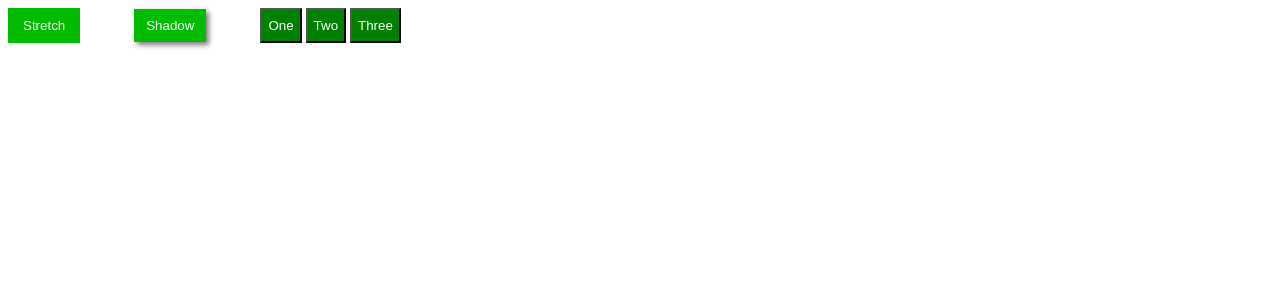
Repository: Kurumilli/Youtube
Page: 4i.html
An editor plug-in stored every save of this project. The page is shown before and after the next save, followed by the edit.
The browser window is 1280 px wide. The pictures show the whole page.

Above is the page before, as saved 2025-01-29 20:10:04.

### 4i.html
<style>
.stretch{
padding-top: 10px;
padding-bottom: 10px;
padding-left: 15px;
padding-right: 15px;
border-radius: 0;
border: none;
color: white;
background-color: rgb(2, 188, 2);
cursor: pointer;
transition: padding-top 1s,
padding-bottom 1s,
padding-left 1s,
padding-right 1s;
}

.stretch:hover{
    padding-top: 18px;
    padding-bottom: 18px;
    padding-left: 36px;
    padding-right: 36px;
}

.shadow{
margin-left: 50px;
padding-top: 9px;
padding-bottom: 9px;
padding-left: 12px;
padding-right: 12px;
border-radius: 0;
border: none;
color: white;
margin-right: 50px;
cursor: pointer;
background-color: rgb(2, 188, 2);
box-shadow: 3px 3px 5px rgba(0,0,0,0.5);
}

.shadow:active{
    margin-top: 3px;
    margin-left: 3px;
    box-shadow: none;
}

.stretch-button{
    background-color: green;
    color: white;
    padding-top: 8px;
    padding-bottom: 8px;
}
</style>


<button class="stretch">Stretch</button>
<button class="shadow">Shadow</button>
<button class="Stretch-button">One</button>
<button class="Stretch-button">Two</button>
<button class="Stretch-button">Three</button>

After the next save:
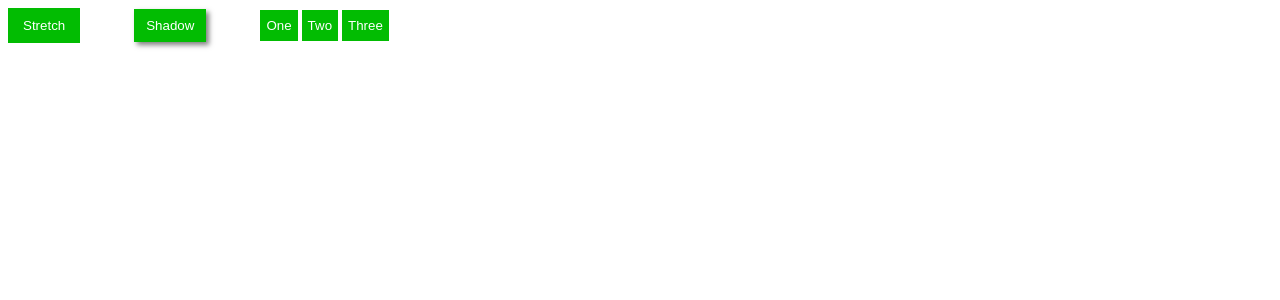
Saved 27 s later.
--- a/4i.html
+++ b/4i.html
@@ -44,10 +44,11 @@ box-shadow: 3px 3px 5px rgba(0,0,0,0.5);
 }
 
 .stretch-button{
-    background-color: green;
+    background-color: rgb(2, 188, 2);
     color: white;
     padding-top: 8px;
     padding-bottom: 8px;
+    border: none;
 }
 </style>
 
